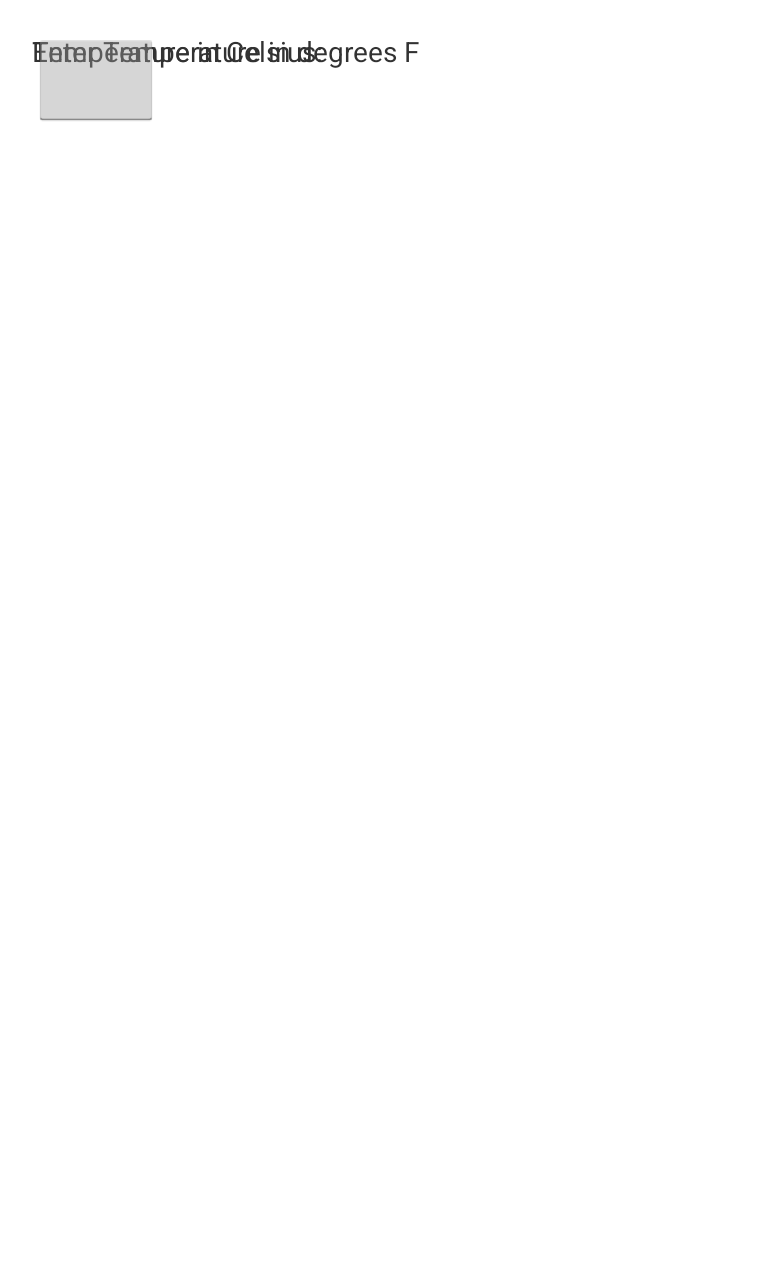
Repository: PatKelsh/IS-413
Layout: TempConverter/res/layout/activity_main.xml
The author's editor kept a copy of each file at every save. The layout is drawn from the files as they stood at one save, then again after the next save.
It is drawn on a 768 x 1280 px phone screen (xhdpi) without system bars, with theme AppTheme; the app's code is not run.

Above is the layout before, as saved 2015-02-18 02:33:54.

### TempConverter/res/layout/activity_main.xml
<RelativeLayout xmlns:android="http://schemas.android.com/apk/res/android"
    xmlns:tools="http://schemas.android.com/tools"
    android:layout_width="match_parent"
    android:layout_height="match_parent"
    android:paddingBottom="@dimen/activity_vertical_margin"
    android:paddingLeft="@dimen/activity_horizontal_margin"
    android:paddingRight="@dimen/activity_horizontal_margin"
    android:paddingTop="@dimen/activity_vertical_margin"
    tools:context="edu.tempconverter.MainActivity" >

    <TextView
        android:layout_width="wrap_content"
        android:layout_height="wrap_content"
        android:text="@string/request" />
    <TextView
        android:layout_width="wrap_content"
        android:layout_height="wrap_content"
        android:text="@string/response"/>

    <Button
        android:layout_width="wrap_content"
        android:layout_height="wrap_content">Submit</Button>
</RelativeLayout>

### TempConverter/res/values/strings.xml
<?xml version="1.0" encoding="utf-8"?>
<resources>

    <string name="app_name">Temp Converter</string>
    <string name="hello_world">Hello world!</string>
    <string name="action_settings">Settings</string>

    <string name="request">Enter Temperature in degrees F</string>
    <string name="response">Temperature in Celsius: </string>

</resources>

Loaded but not shown: TempConverter/res/values/styles.xml (common file); TempConverter/res/values-v11/styles.xml (common file); TempConverter/res/values-v14/styles.xml (common file); TempConverter/res/values/dimens.xml (common file); TempConverter/res/values-w820dp/dimens.xml (common file)

After the next save:
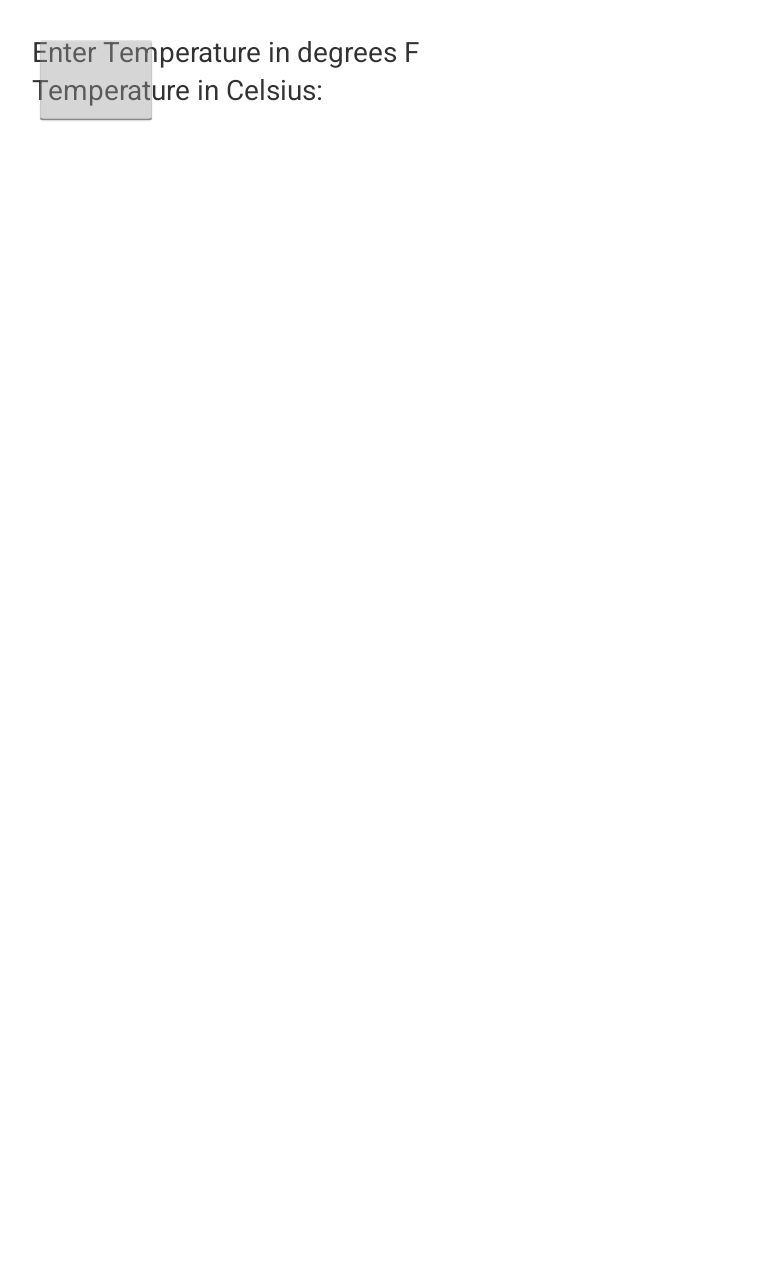
Saved 91 s later.
--- a/TempConverter/res/layout/activity_main.xml
+++ b/TempConverter/res/layout/activity_main.xml
@@ -9,12 +9,16 @@
     tools:context="edu.tempconverter.MainActivity" >
 
     <TextView
+        android:id="@+id/request"
         android:layout_width="wrap_content"
         android:layout_height="wrap_content"
         android:text="@string/request" />
+
     <TextView
+        android:id="@+id/response"
         android:layout_width="wrap_content"
         android:layout_height="wrap_content"
+        android:layout_below="@id/request"
         android:text="@string/response"/>
 
     <Button
